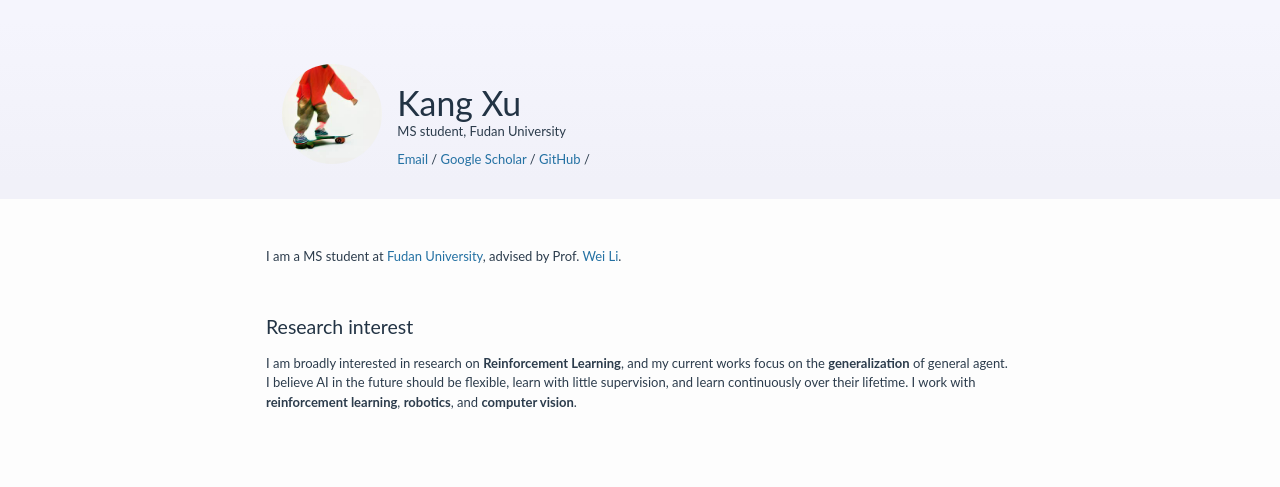
Repository: Kavka1/kang-xu.github.io
Page: index.html
These files come from the project's save history. The page is drawn as it stood at one moment and after the next save; the edit follows.
The browser window is 1280 px wide. The pictures show the whole page.

Above is the page before, as saved 2023-05-19 11:37:04.

After the next save:
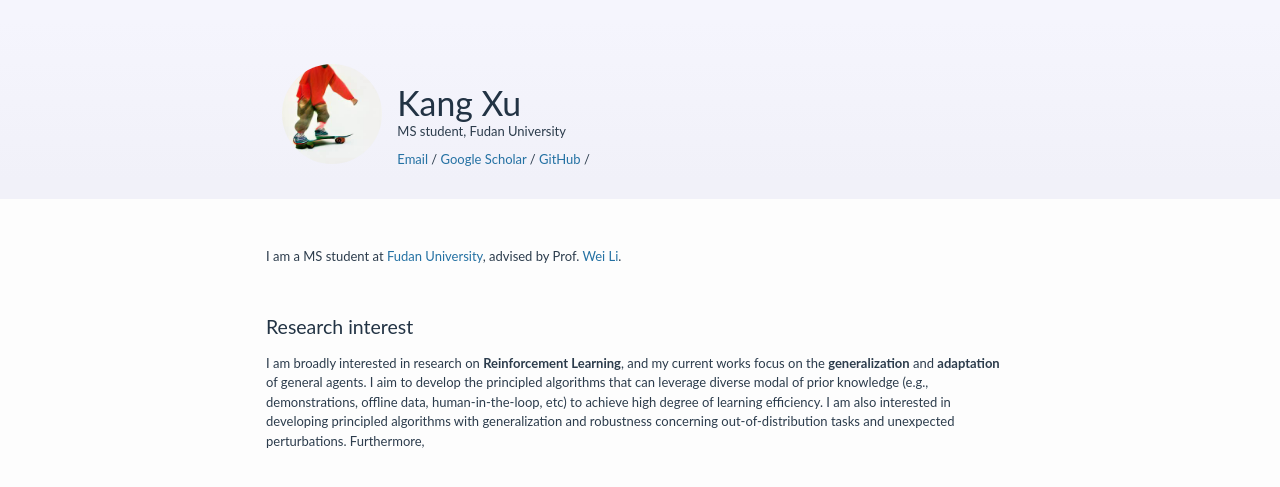
Saved 10 min 32 s later.
--- a/index.html
+++ b/index.html
@@ -53,7 +53,8 @@
     <div>
         <h2 class="noselect">Research interest</h2>
         <p>
-            I am broadly interested in research on <span class="bold">Reinforcement Learning</span>, and my current works focus on the <span class="bold">generalization</span> of general agent. I believe AI in the future should be flexible, learn with little supervision, and learn continuously over their lifetime. I work with <span class="bold">reinforcement learning</span>, <span class="bold">robotics</span>, and <span class="bold">computer vision</span>.
+            I am broadly interested in research on <span class="bold">Reinforcement Learning</span>, and my current works focus on the <span class="bold">generalization</span> and <span class="bold">adaptation</span> of general agents.
+            I aim to develop the principled algorithms that can leverage diverse modal of prior knowledge (e.g., demonstrations, offline data, human-in-the-loop, etc) to achieve high degree of learning efficiency. I am also interested in developing principled algorithms with generalization and robustness concerning out-of-distribution tasks and unexpected perturbations. Furthermore,
         </p>
     </div>
 </div>
